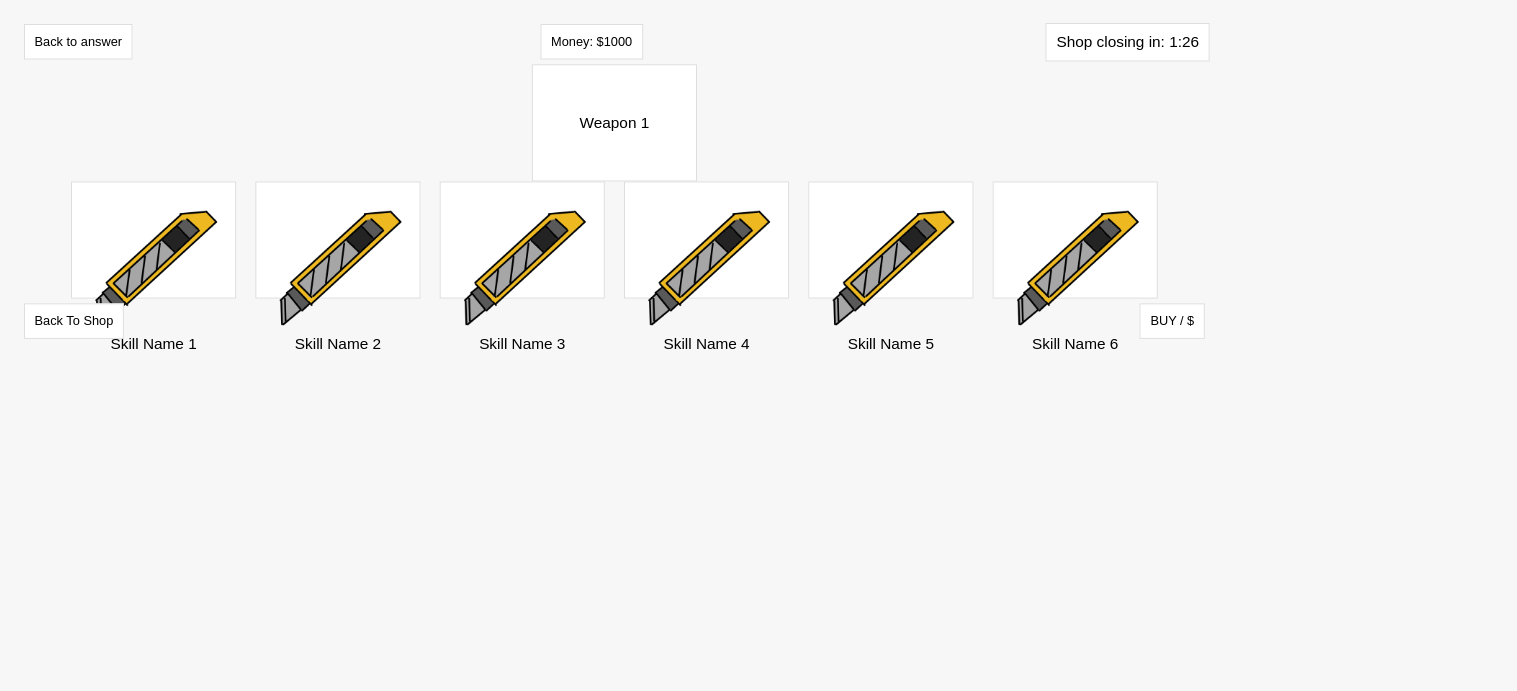
Repository: sean12-2007/Jailbreaker
Page: public/src/pages/shop_skills copy 2.html
These files come from the project's save history. The page is drawn as it stood at one moment and after the next save; the edit follows.
The browser window is 1280 px wide. The page is 1280 px wide, then 1580 px, so the pictures cover 1580 px, including what lies to the right of the window. The pictures show the whole page, at 96% of full size.

Above is the page before, as saved 2024-08-09 20:28:46.

After the next save:
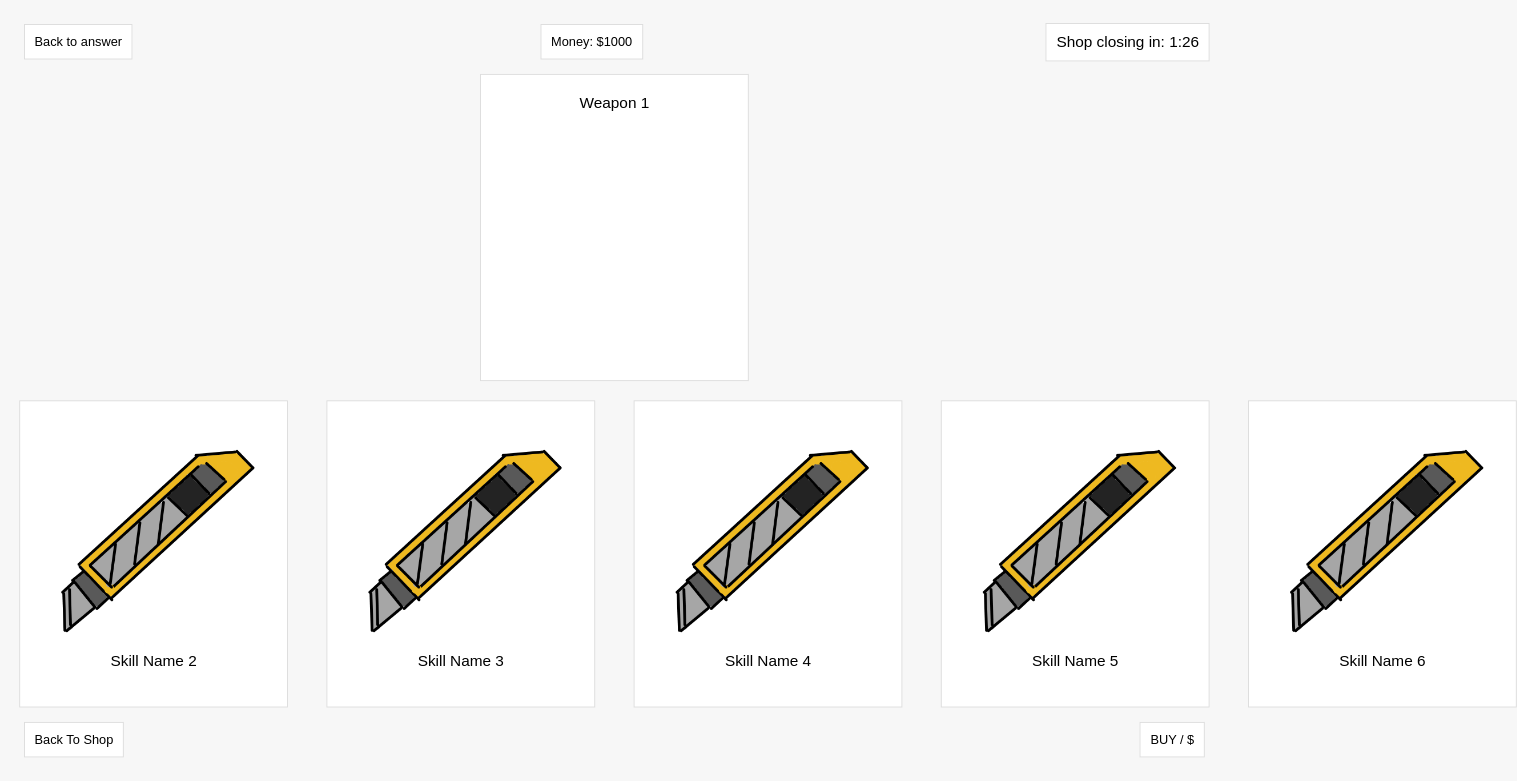
Saved 56 s later.
--- a/public/src/pages/shop_skills copy 2.html
+++ b/public/src/pages/shop_skills copy 2.html
@@ -32,21 +32,21 @@
       gap: 20px;
       width: 100%;
     }
-    .weapon {
-      width: 150px; /* Smaller width for the weapon box */
-      height: 100px; /* Smaller height for the weapon box */
-      border: 1px solid #ddd;
-      background: #fff;
-      display: flex;
-      flex-direction: column;
-      justify-content: space-around;
-      align-items: center;
-      padding: 10px;
-    }
-    .weapon img {
-      width: 100%;
-      height: auto;
-    }
+      .weapon {
+        flex: 0 0 auto;
+        width: 280px; /* Fixed width */
+        height: 320px; /* Fixed height */
+        margin: 10px;
+        background: #fff;
+        border: 1px solid #ddd;
+        padding: 20px;
+        text-align: center;
+        box-sizing: border-box; /* Include padding and border in the element's total width and height */
+      }
+      .weapon img {
+        width: 100%;
+        height: auto;
+      }
     .timer-container {
       border: 1px solid #ddd;
       background: #fff;
